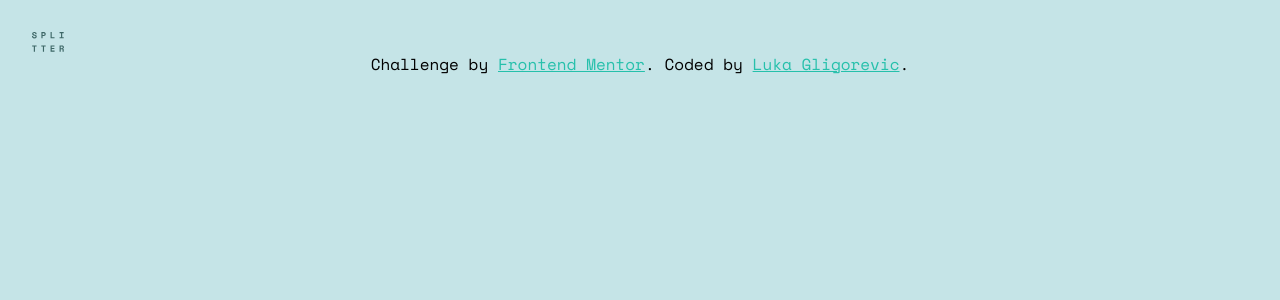
Repository: gligor99/tip-fmentor
Page: /
These files come from the project's save history. The page is drawn as it stood at one moment and after the next save; the edit follows.
The browser window is 1280 px wide. The pictures show the whole page.
The project was rebuilt for these pictures with package versions that can differ from the ones it lists, and the page was loaded fresh each time.

Above is the page before, as saved 2021-11-26 20:44:40.

### src/index.css
@import url('https://fonts.googleapis.com/css2?family=Space+Mono:wght@400;700&display=swap');

:root {
  --clr-primary: hsl(172, 67%, 45%);
  --clr-dark-cyan: hsl(183, 100%, 15%);
  --clr-dark-grayish-cyan: hsl(186, 14%, 43%);
  --clr-dark-grayish-cyan2: hsl(184, 14%, 56%);
  --clr-light-grayish-cyan: hsl(185, 41%, 84%);
  --clr-light-grayish-cyan2: hsl(189, 41%, 97%);
  --clr-white: hsl(0, 0%, 100%);
}

*,
::after,
::before {
  margin: 0;
  padding: 0;
  box-sizing: border-box;
}
body {
  font-family: 'Space Mono', sans-serif;
  background: var(--clr-light-grayish-cyan);
  color: var(--clr-grey-1);
  line-height: 1.5;
  font-size: 1rem;
}

.App {
  display: flex;
  flex-direction: column;
  justify-content: center;
  padding: 2rem;
}

.logo {
  width: 2rem;
}

.attribution {
  font-size: 1rem;
  text-align: center;
}
.attribution a {
  color: var(--clr-primary);
}

### src/App.tsx
import Footer from "./components/Footer";
import logo from "./assets/logo.svg";

function App() {
  return (
    <div className="App">
      <img className="logo" src={logo} alt="logo" />
      <Footer name="Luka Gligorevic" />
    </div>
  );
}

export default App;

### src/components/Footer.tsx
type Props = {
  name: String;
};

const Footer: React.FC<Props> = ({ name }) => {
  return (
    <div className="attribution">
      Challenge by{" "}
      <a
        href="https://www.frontendmentor.io?ref=challenge"
        target="_blank"
        rel="noreferrer"
      >
        Frontend Mentor
      </a>
      . Coded by <a href="https://github.com/gligor99">{name}</a>.
    </div>
  );
};

export default Footer;

Loaded but not shown: public/index.html (common file); src/index.tsx (common file)

After the next save:
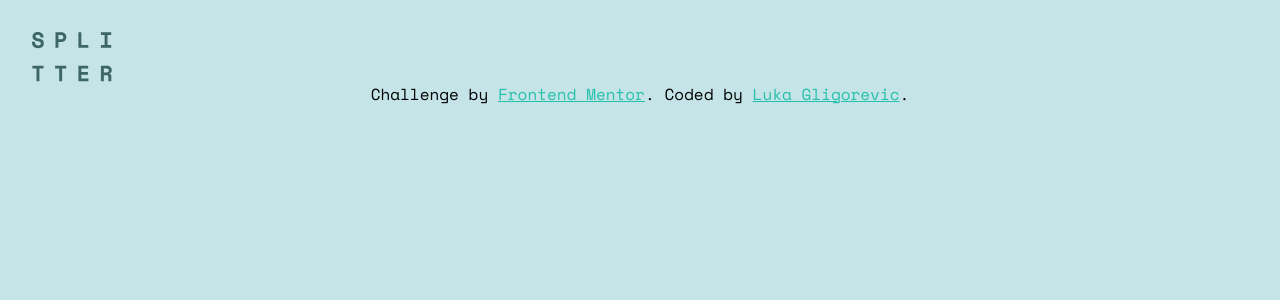
Saved 4 s later.
--- a/src/index.css
+++ b/src/index.css
@@ -33,7 +33,7 @@ body {
 }
 
 .logo {
-  width: 2rem;
+  width: 5rem;
 }
 
 .attribution {
